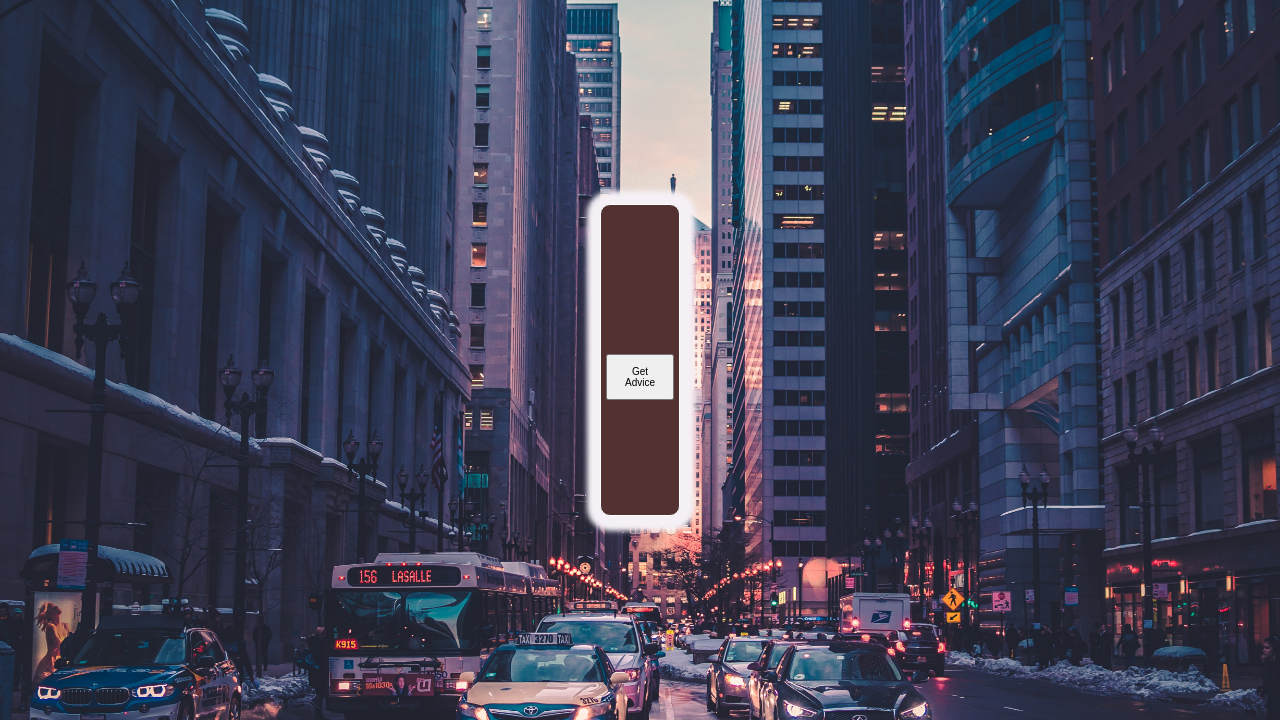
Repository: lamilekan263/random_advice
Page: /
An editor plug-in stored every save of this project. The page is shown before and after the next save, followed by the edit.
The browser window is 1280 px wide. The pictures show the whole page.
The page's requests for data from a server got no answer. The project was rebuilt for these pictures with package versions that can differ from the ones it lists, and the page was loaded fresh each time. No one was signed in, and anything a server would have sent is missing.

Above is the page before, as saved 2020-08-10 14:52:49.

### src/App.js
import React from 'react';
import './App.css';
import axios from 'axios'

class App extends React.Component{

  state = {
    advice : ''
  }
 componentDidMount(){
    this.getAdvice()
  }

  getAdvice = ()=>{
    axios.get('https://api.adviceslip.com/advice')
    .then((response) =>{
      const { advice } = response.data.slip;
      console.log(advice)
      this.setState({ advice })
    })

  }

  render(){
    return(
      <div className="app">
        <div className="card">
          <h1> {this.state.advice}</h1>

          <button onClick = {this.getAdvice}>Get Advice </button>
        </div>
      </div>
    )
  }
}


export default App

### src/App.css
body{
  margin:0;
  padding: 0;
  background-image: url('./bg.jpg');
  background-size: cover;
  background-repeat: no-repeat;
  height:100vh;
  background-position: center;
  background-color: linear-gradient(rgba(5, 4, 4, 0.3));
  display:flex;
  justify-content: center;
  text-align:center;
  align-items: center;
}

.card{
  width:80%;
  margin: 0 auto;
  background-color:rgb(83, 49, 49);
  background: linear-gradient(rgba(0,0,0,0.3));
  border:1px solid white;
  padding:5px;
  border-radius: 10px;
  height:300px;
  display:flex;
  flex-direction:column;
  justify-content: center;
  text-align:center;
  align-items: center;
  -webkit-box-shadow: 1px 1px 5px 14px rgba(245,240,245,1);
  -moz-box-shadow: 1px 1px 5px 14px rgba(245,240,245,1);
  box-shadow: 1px 1px 5px 14px rgba(245,240,245,1);


}
h1{
  font-family: monospace;
  color:whitesmoke;
}


button{
  padding:10px;
  font-size:10px;
}

Loaded but not shown: public/index.html (common file); src/index.js (common file); src/index.css (common file); src/serviceWorker.js (common file)

After the next save:
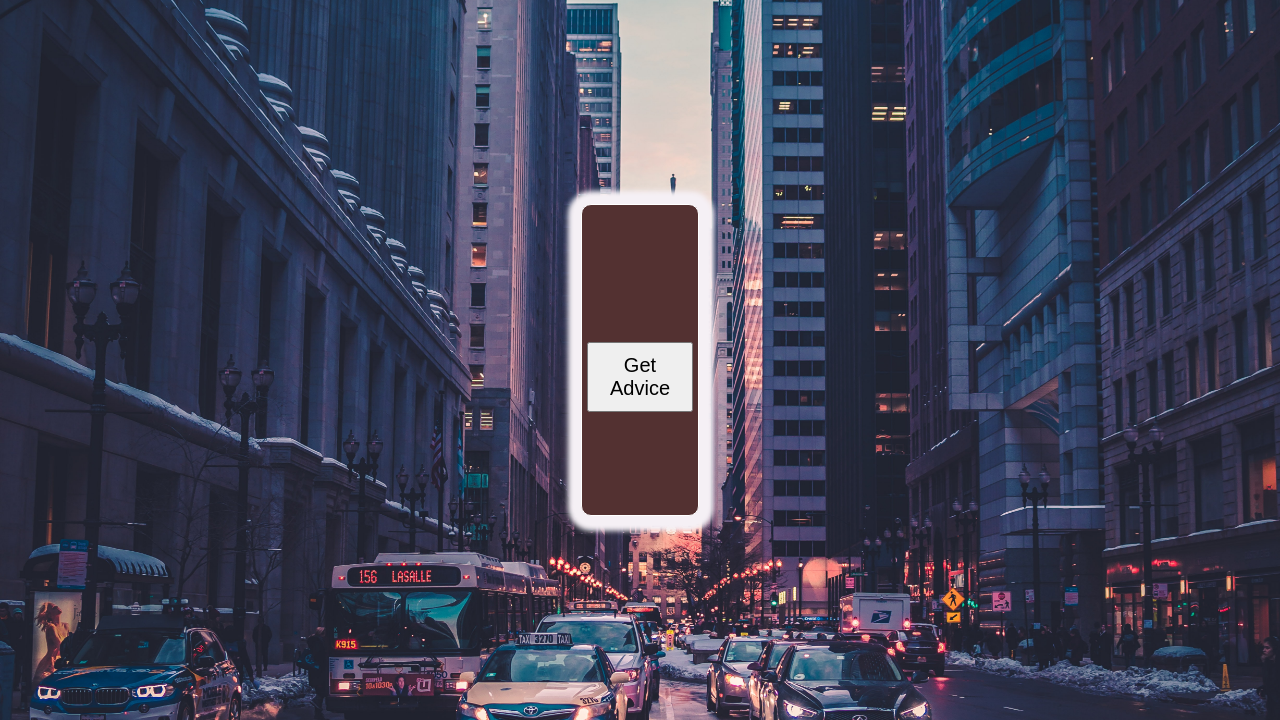
Saved 7 s later.
--- a/src/App.css
+++ b/src/App.css
@@ -41,5 +41,5 @@ h1{
 
 button{
   padding:10px;
-  font-size:10px;
+  font-size:20px;
 }
